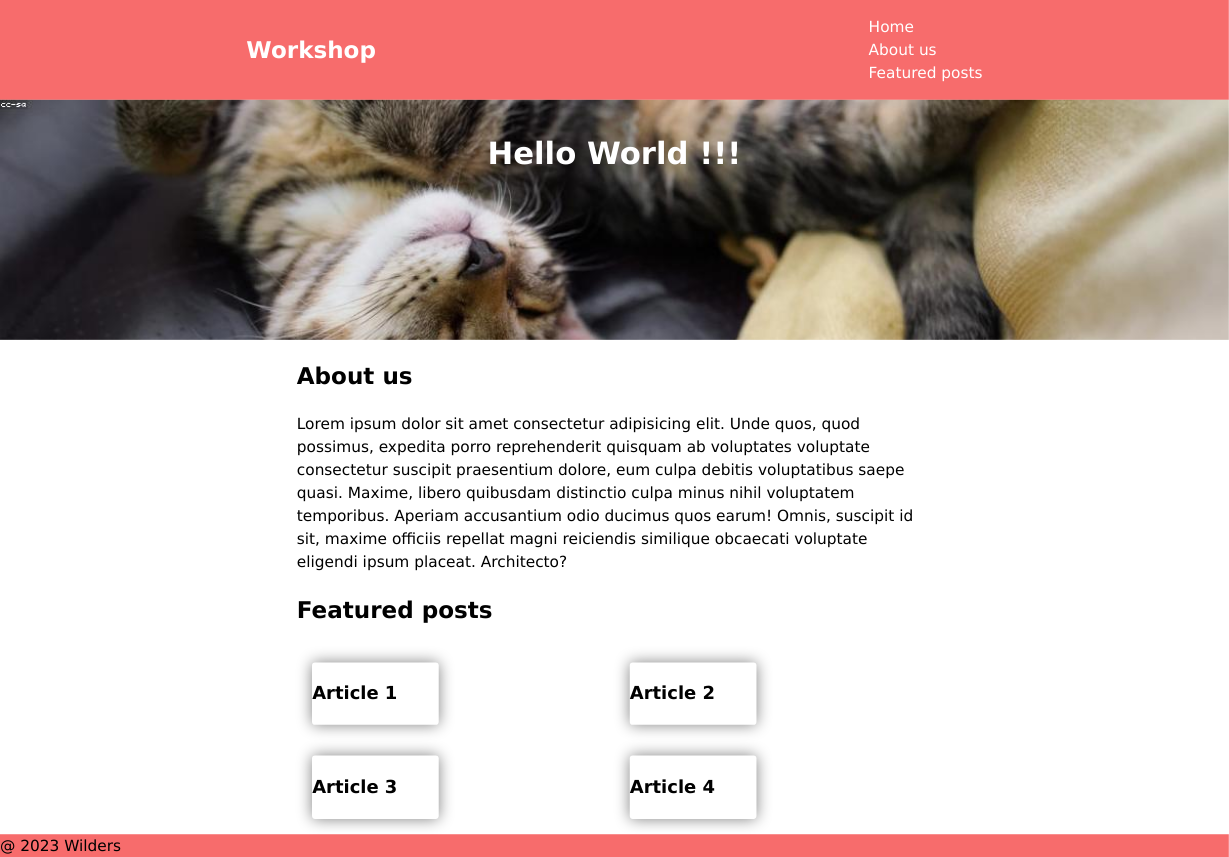
Repository: PPaillard/cssresponsive
Page: index.html
These files come from the project's save history. The page is drawn as it stood at one moment and after the next save; the edit follows.
The browser window is 1280 px wide. The pictures show the whole page, at 96% of full size.

Above is the page before, as saved 2023-03-03 14:12:12.

### index.html
<!DOCTYPE html>
<html lang="en">
  <head>
    <meta charset="UTF-8" />
    <meta http-equiv="X-UA-Compatible" content="IE=edge" />
    <meta name="viewport" content="width=device-width, initial-scale=1.0" />
    <title>Document</title>
    <link rel="stylesheet" href="style.css" />
  </head>
  <body>
    <nav>
      <h2>Workshop</h2>
      <ul>
        <li><a href="#home">Home</a></li>
        <li><a href="#aboutus">About us</a></li>
        <li><a href="#featuredposts">Featured posts</a></li>
      </ul>
    </nav>
    <header>
      <h1>Hello World !!!</h1>
    </header>
    <main>
      <section>
        <h2>About us</h2>
        <p>
          Lorem ipsum dolor sit amet consectetur adipisicing elit. Unde quos,
          quod possimus, expedita porro reprehenderit quisquam ab voluptates
          voluptate consectetur suscipit praesentium dolore, eum culpa debitis
          voluptatibus saepe quasi. Maxime, libero quibusdam distinctio culpa
          minus nihil voluptatem temporibus. Aperiam accusantium odio ducimus
          quos earum! Omnis, suscipit id sit, maxime officiis repellat magni
          reiciendis similique obcaecati voluptate eligendi ipsum placeat.
          Architecto?
        </p>
      </section>
      <section id="featured-posts">
        <h2>Featured posts</h2>
        <div>
          <article><h1>Article 1</h1></article>
          <article><h1>Article 2</h1></article>
          <article><h1>Article 3</h1></article>
          <article><h1>Article 4</h1></article>
        </div>
      </section>
    </main>
    <footer>@ 2023 Wilders</footer>
  </body>
</html>

### style.css
* {
  box-sizing: border-box;
}

body {
  margin: 0;
  line-height: 1.5;
  font-family: Verdana, Geneva, Tahoma, sans-serif;
}

/* Navigation */
nav {
  display: flex;
  justify-content: space-around;
  align-items: center;
  background-color: #f76c6c;
  color: #ffffff;
}

nav > h2 {
  margin: 0;
}

nav ul {
  margin: 0;
  padding: 1rem 0;
}

nav ul li {
  list-style: none;
}

nav ul li a {
  color: white;
  text-decoration: none;
}
/* fin de navigation */
/* header */

header {
  min-height: 250px;
  text-align: center;
  background-image: url("65535_52214085447_ec2bf04bd7_h_1200_300_nofilter.jpg");
  background-repeat: no-repeat;
  background-size: cover;
}
header h1 {
  color: white;
  margin: 0;
  padding-top: 2rem;
}

section {
  margin: 0 auto;
  max-width: 65ch;
}

section article {
  display: inline-block;
  width: 40%;
  margin: 1rem;
  border-radius: 0.2rem;
  box-shadow: 0 0 1rem grey;
}

#featured-posts > div {
  display: grid;
  grid-template-columns: 1fr 1fr;
}

footer {
  background-color: #f76c6c;
}

After the next save:
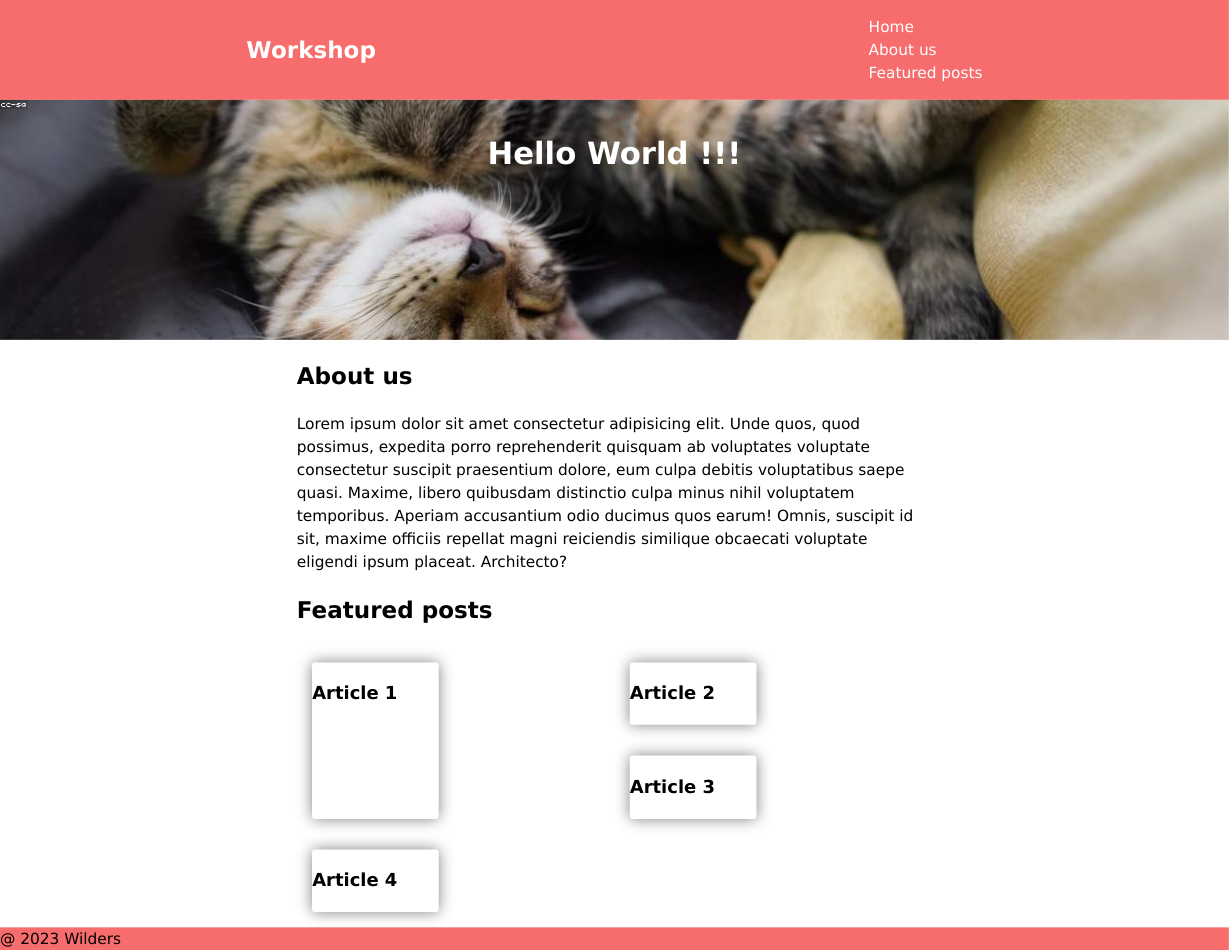
Saved 106 s later.
--- a/style.css
+++ b/style.css
@@ -68,6 +68,10 @@ section article {
   grid-template-columns: 1fr 1fr;
 }
 
+#featured-posts > div > article:first-of-type {
+  grid-row: 1/3;
+}
+
 footer {
   background-color: #f76c6c;
 }
